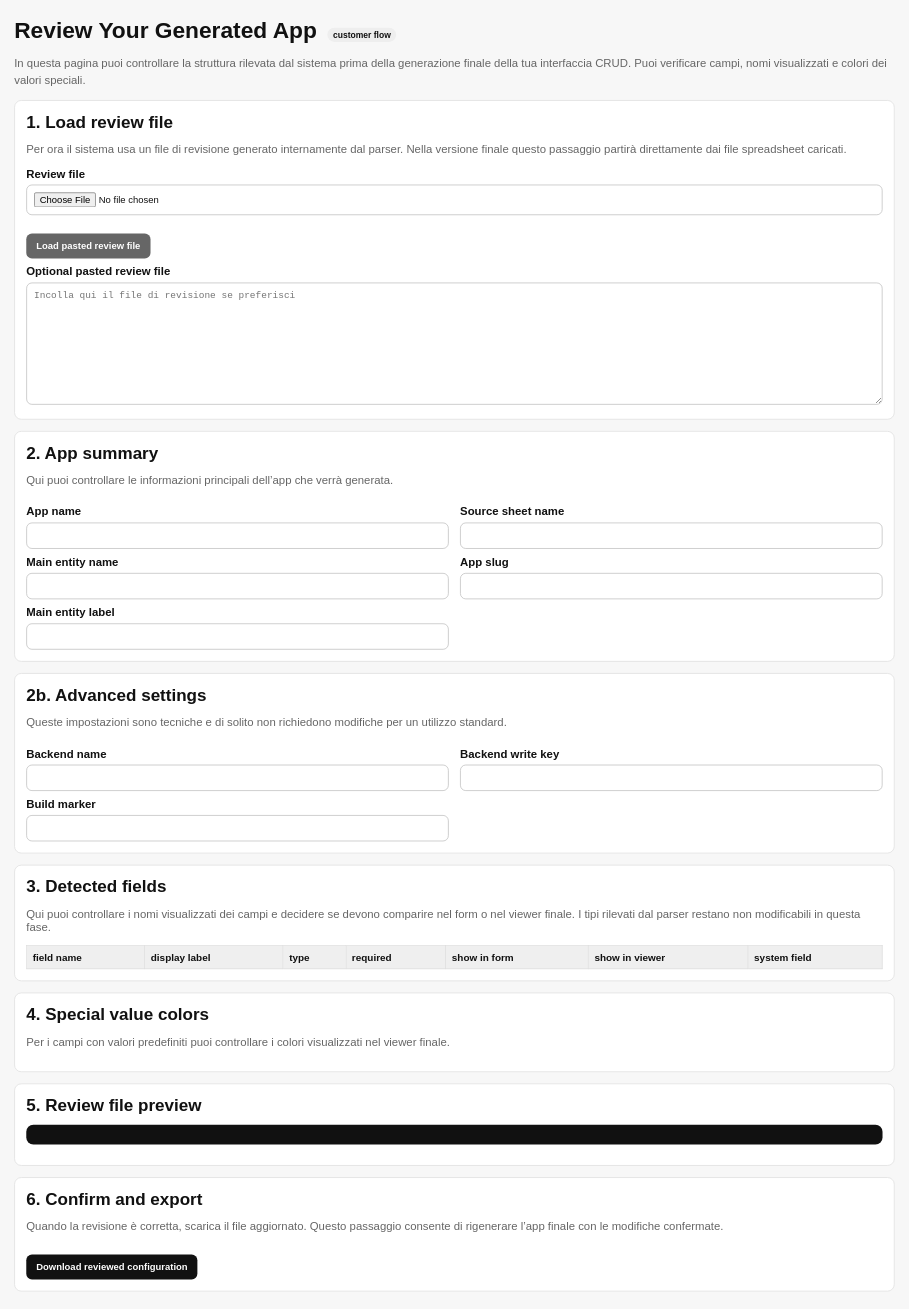
Repository: progettazionemauro/sheets.builder
Page: docs/review.html
An editor plug-in stored every save of this project. The page is shown before and after a run of saves, followed by the edit.
The browser window is 1280 px wide. The pictures show the whole page, at 71% of full size.

Above is the page before, as saved 2026-04-14 23:29:44.

### docs/review.html
<!doctype html>
<html lang="it">
<head>
  <meta charset="utf-8" />
  <meta name="viewport" content="width=device-width, initial-scale=1" />
  <title>Review Generated App</title>
  <style>
    body {
      font-family: Arial, sans-serif;
      max-width: 1240px;
      margin: 24px auto;
      padding: 0 16px;
      background: #f7f7f7;
      color: #111;
    }

    h1, h2, h3 {
      margin-bottom: 8px;
    }

    .muted {
      color: #666;
    }

    .card {
      background: #fff;
      border: 1px solid #ddd;
      border-radius: 10px;
      padding: 16px;
      margin: 16px 0;
    }

    label {
      display: block;
      margin: 10px 0 6px;
      font-weight: bold;
    }

    input, textarea, select {
      width: 100%;
      box-sizing: border-box;
      padding: 10px;
      border: 1px solid #bbb;
      border-radius: 8px;
      background: #fff;
    }

    button {
      margin-top: 14px;
      padding: 10px 14px;
      border: 0;
      border-radius: 8px;
      background: #111;
      color: #fff;
      font-weight: bold;
      cursor: pointer;
    }

    button.secondary {
      background: #666;
    }

    button:disabled {
      opacity: .6;
      cursor: not-allowed;
    }

    .grid {
      display: grid;
      grid-template-columns: 1fr 1fr;
      gap: 16px;
    }

    .actions {
      display: flex;
      gap: 10px;
      flex-wrap: wrap;
      margin-top: 12px;
      align-items: center;
    }

    pre {
      background: #111;
      color: #d8ffd8;
      padding: 14px;
      border-radius: 10px;
      overflow: auto;
      white-space: pre-wrap;
    }

    table {
      width: 100%;
      border-collapse: collapse;
      margin-top: 10px;
      background: #fff;
    }

    th, td {
      border: 1px solid #ddd;
      padding: 8px;
      font-size: 14px;
      text-align: left;
      vertical-align: top;
    }

    th {
      background: #efefef;
    }

    .readonly-cell {
      background: #f3f3f3;
      color: #666;
    }

    .ok {
      color: #0a6;
      font-weight: bold;
    }

    .err {
      color: #b00;
      font-weight: bold;
    }

    .badge {
      display: inline-block;
      padding: 3px 8px;
      border-radius: 999px;
      background: #eee;
      font-size: 12px;
      margin-left: 6px;
    }

    .card h2 {
      margin-top: 0;
    }

    .hero-note {
      line-height: 1.5;
    }
  </style>
</head>
<body>

  <h1>Review Your Generated App <span class="badge">customer flow</span></h1>
    <p class="muted hero-note">
    In questa pagina puoi controllare la struttura rilevata dal sistema prima della generazione finale
    della tua interfaccia CRUD. Puoi verificare campi, nomi visualizzati e colori dei valori speciali.
  </p>

  <div class="card">
    <h2>1. Load review file</h2>
    <p class="muted">
      Per ora il sistema usa un file di revisione generato internamente dal parser.
      Nella versione finale questo passaggio partirà direttamente dai file spreadsheet caricati.
    </p>

    <label for="fileInput">Review file</label>
    <input id="fileInput" type="file" accept=".json,application/json" />

    <div class="actions">
      <button id="loadSampleBtn" type="button" class="secondary">Load pasted review file</button>
      <span id="loadStatus" class="muted"></span>
    </div>

    <label for="rawJsonInput">Optional pasted review file</label>
    <textarea id="rawJsonInput" rows="10" placeholder="Incolla qui il file di revisione se preferisci"></textarea>
  </div>

      <div class="card">
    <h2>2. App summary</h2>
    <p class="muted">
      Qui puoi controllare le informazioni principali dell’app che verrà generata.
    </p>

    <div class="grid">
      <div>
        <label for="projectName">App name</label>
        <input id="projectName" />

        <label for="entityName">Main entity name</label>
        <input id="entityName" />

        <label for="entityLabelLower">Main entity label</label>
        <input id="entityLabelLower" />
      </div>

      <div>
        <label for="sheetName">Source sheet name</label>
        <input id="sheetName" />

        <label for="projectSlug">App slug</label>
        <input id="projectSlug" />
      </div>
    </div>
  </div>

  <div class="card">
    <h2>2b. Advanced settings</h2>
    <p class="muted">
      Queste impostazioni sono tecniche e di solito non richiedono modifiche per un utilizzo standard.
    </p>

    <div class="grid">
      <div>
        <label for="backendName">Backend name</label>
        <input id="backendName" />

        <label for="buildMarker">Build marker</label>
        <input id="buildMarker" />
      </div>

      <div>
        <label for="adminPassword">Backend write key</label>
        <input id="adminPassword" />
      </div>
    </div>
  </div>

  <div class="card">
    <h2>3. Detected fields</h2>
    <p class="muted">
      Qui puoi controllare i nomi visualizzati dei campi e decidere se devono comparire nel form o nel viewer finale.
      I tipi rilevati dal parser restano non modificabili in questa fase.
    </p>

    <table id="fieldsTable">
      <thead>
        <tr>
          <th>field name</th>
          <th>display label</th>
          <th>type</th>
          <th>required</th>
          <th>show in form</th>
          <th>show in viewer</th>
          <th>system field</th>
        </tr>
      </thead>
      <tbody></tbody>
    </table>
  </div>

  <div class="card">
    <h2>4. Special value colors</h2>
    <p class="muted">
      Per i campi con valori predefiniti puoi controllare i colori visualizzati nel viewer finale.
    </p>

    <div id="enumStylesWrap"></div>
  </div>

  <div class="card">
    <h2>5. Review file preview</h2>
    <pre id="stateOut"></pre>
  </div>

    <div class="card">
    <h2>6. Confirm and export</h2>
    <p class="muted">
      Quando la revisione è corretta, scarica il file aggiornato. Questo passaggio consente di rigenerare
      l’app finale con le modifiche confermate.
    </p>

    <div class="actions">
      <button id="downloadBtn" type="button">Download reviewed configuration</button>
      <span id="downloadStatus" class="muted"></span>
    </div>
  </div>

<script>
  let builderState = null;

  function setStatus(id, msg, cls = "muted") {
    const el = document.getElementById(id);
    el.textContent = msg;
    el.className = cls;
  }

  function normalizeBool(value) {
    return value === true;
  }

  function escapeHtml(value) {
    return String(value ?? "")
      .replace(/&/g, "&amp;")
      .replace(/</g, "&lt;")
      .replace(/>/g, "&gt;")
      .replace(/"/g, "&quot;");
  }

  function ensureBuilderStateShape(state) {
    if (!state || typeof state !== "object") {
      throw new Error("Review file non valido: root non oggetto");
    }

    if (!state.project || typeof state.project !== "object") {
      state.project = {};
    }

    if (!Array.isArray(state.fields)) {
      state.fields = [];
    }

    if (!state.constraints || typeof state.constraints !== "object") {
      state.constraints = {};
    }

    if (!state.enums || typeof state.enums !== "object") {
      state.enums = {};
    }

    if (!state.enumStyles || typeof state.enumStyles !== "object") {
      state.enumStyles = {};
    }

    if (!state.lists || typeof state.lists !== "object") {
      state.lists = {};
    }

    if (!state.options || typeof state.options !== "object") {
      state.options = {};
    }

    state.fields = state.fields.map(field => {
      const f = { ...field };
      f.name = String(f.name || "").trim();
      f.label = String(f.label || f.name || "").trim();
      f.type = String(f.type || "string").trim();
      f.required = normalizeBool(f.required);
      f.computed = normalizeBool(f.computed);
      f.visibleInForm = normalizeBool(f.visibleInForm);
      f.visibleInViewer = normalizeBool(f.visibleInViewer);
      f.locked = normalizeBool(f.locked);
      if (!Array.isArray(f.enumValues)) f.enumValues = [];
      return f;
    });

    recomputeListsFromFields(state);
    return state;
  }

  function recomputeListsFromFields(state) {
    const headers = [];
    const requiredOnInsert = [];
    const optionalOnInsert = [];
    const computed = [];
    const visibleInForm = [];
    const visibleInViewer = [];
    const enums = {};
    const enumStyles = state.enumStyles || {};

    for (const field of state.fields) {
      headers.push(field.name);

      if (field.computed) {
        computed.push(field.name);
      } else if (field.required) {
        requiredOnInsert.push(field.name);
      } else {
        optionalOnInsert.push(field.name);
      }

      if (field.visibleInForm) {
        visibleInForm.push(field.name);
      }

      if (field.visibleInViewer) {
        visibleInViewer.push(field.name);
      }

      if (field.type === "enum" && Array.isArray(field.enumValues) && field.enumValues.length) {
        enums[field.name] = field.enumValues.slice();
      }

      if (field.type === "enum") {
        if (!enumStyles[field.name]) {
          enumStyles[field.name] = {};
        }
        field.enumStyles = enumStyles[field.name];
      }
    }

    state.enums = enums;
    state.enumStyles = enumStyles;
    state.lists = {
      headers,
      requiredOnInsert,
      optionalOnInsert,
      computed,
      visibleInForm,
      visibleInViewer
    };
  }

  function renderProject() {
    const p = builderState.project || {};
    document.getElementById("projectName").value = p.projectName || "";
    document.getElementById("projectSlug").value = p.projectSlug || "";
    document.getElementById("backendName").value = p.backendName || "";
    document.getElementById("entityName").value = p.entityName || "";
    document.getElementById("entityLabelLower").value = p.entityLabelLower || "";
    document.getElementById("sheetName").value = p.sheetName || "";
    document.getElementById("buildMarker").value = p.buildMarker || "";
    document.getElementById("adminPassword").value = p.adminPassword || "";
  }

  function renderFieldsTable() {
    const tbody = document.querySelector("#fieldsTable tbody");
    tbody.innerHTML = "";

    builderState.fields.forEach((field, idx) => {
      const tr = document.createElement("tr");

      tr.innerHTML = `
        <td class="readonly-cell">
  <input data-key="name" data-index="${idx}" value="${escapeHtml(field.name)}" readonly />
</td>
        <td>
          <input data-key="label" data-index="${idx}" value="${escapeHtml(field.label || "")}" />
        </td>
        <td class="readonly-cell">
          <input data-key="type" data-index="${idx}" value="${escapeHtml(field.type)}" readonly />
        </td>
        <td>
          <select data-key="required" data-index="${idx}" ${field.computed ? "disabled" : ""}>
            <option value="false" ${field.required ? "" : "selected"}>NO</option>
            <option value="true" ${field.required ? "selected" : ""}>YES</option>
          </select>
        </td>
        <td>
          <select data-key="visibleInForm" data-index="${idx}" ${field.computed ? "disabled" : ""}>
            <option value="false" ${field.visibleInForm ? "" : "selected"}>NO</option>
            <option value="true" ${field.visibleInForm ? "selected" : ""}>YES</option>
          </select>
        </td>
        <td>
          <select data-key="visibleInViewer" data-index="${idx}">
            <option value="false" ${field.visibleInViewer ? "" : "selected"}>NO</option>
            <option value="true" ${field.visibleInViewer ? "selected" : ""}>YES</option>
          </select>
        </td>
        <td class="readonly-cell">${field.locked ? "YES" : "NO"}</td>
      `;

      tbody.appendChild(tr);
    });

    bindFieldEvents();
  }

  function ensureEnumStylesShape() {
    if (!builderState.enumStyles || typeof builderState.enumStyles !== "object") {
      builderState.enumStyles = {};
    }

    builderState.fields.forEach(field => {
      if (field.type !== "enum") return;

      if (!builderState.enumStyles[field.name] || typeof builderState.enumStyles[field.name] !== "object") {
        builderState.enumStyles[field.name] = {};
      }

      (field.enumValues || []).forEach(value => {
        if (!builderState.enumStyles[field.name][value]) {
          builderState.enumStyles[field.name][value] = { bg: "", fg: "" };
        } else {
          const styleObj = builderState.enumStyles[field.name][value];
          builderState.enumStyles[field.name][value] = {
            bg: String(styleObj.bg || ""),
            fg: String(styleObj.fg || "")
          };
        }
      });
    });
  }

  function renderEnumStylesEditor() {
    const wrap = document.getElementById("enumStylesWrap");
    if (!wrap) return;

    wrap.innerHTML = "";
    ensureEnumStylesShape();

    const enumFields = builderState.fields.filter(field => field.type === "enum");

    if (!enumFields.length) {
      wrap.innerHTML = `<div class="muted">Nessun campo con valori speciali rilevato.</div>`;
      return;
    }

    enumFields.forEach(field => {
      const box = document.createElement("div");
      box.className = "card";
      box.style.margin = "12px 0";
      box.style.padding = "12px";

      let html = `<h3 style="margin:0 0 10px;">${escapeHtml(field.label || field.name)} <span class="muted">(${escapeHtml(field.name)})</span></h3>`;
      html += `<table><thead><tr><th>value</th><th>background</th><th>foreground</th><th>preview</th></tr></thead><tbody>`;

      (field.enumValues || []).forEach(value => {
        const styleObj = builderState.enumStyles[field.name][value] || { bg: "", fg: "" };
        const bg = styleObj.bg || "#ffffff";
        const fg = styleObj.fg || "#000000";

        const previewStyle = [
          bg ? `background:${bg}` : "",
          fg ? `color:${fg}` : "",
          "font-weight:700",
          "text-align:center"
        ].filter(Boolean).join("; ");

        html += `
          <tr>
            <td class="readonly-cell">${escapeHtml(value)}</td>

            <td>
              <div style="display:flex; gap:8px; align-items:center;">
                <input
                  data-enum-field="${escapeHtml(field.name)}"
                  data-enum-value="${escapeHtml(value)}"
                  data-enum-prop="bg"
                  data-enum-role="text"
                  value="${escapeHtml(bg)}"
                  placeholder="#ffffff"
                  style="width:140px;"
                />
                <input
                  type="color"
                  data-enum-field="${escapeHtml(field.name)}"
                  data-enum-value="${escapeHtml(value)}"
                  data-enum-prop="bg"
                  data-enum-role="picker"
                  value="${escapeHtml(bg)}"
                  style="width:56px; padding:4px;"
                />
              </div>
            </td>

            <td>
              <div style="display:flex; gap:8px; align-items:center;">
                <input
                  data-enum-field="${escapeHtml(field.name)}"
                  data-enum-value="${escapeHtml(value)}"
                  data-enum-prop="fg"
                  data-enum-role="text"
                  value="${escapeHtml(fg)}"
                  placeholder="#000000"
                  style="width:140px;"
                />
                <input
                  type="color"
                  data-enum-field="${escapeHtml(field.name)}"
                  data-enum-value="${escapeHtml(value)}"
                  data-enum-prop="fg"
                  data-enum-role="picker"
                  value="${escapeHtml(fg)}"
                  style="width:56px; padding:4px;"
                />
              </div>
            </td>

            <td>
              <div style="padding:8px; border-radius:8px; border:1px solid #ddd; ${previewStyle}">
                ${escapeHtml(value)}
              </div>
            </td>
          </tr>
        `;
      });

      html += `</tbody></table>`;
      box.innerHTML = html;
      wrap.appendChild(box);
    });

    bindEnumStyleEvents();
  }

  function renderEnumStyles() {
    renderEnumStylesEditor();
  }

  function bindFieldEvents() {
    document.querySelectorAll("[data-key]").forEach(el => {
      const key = el.dataset.key;
      const idx = Number(el.dataset.index);
      const field = builderState.fields[idx];

      if (key === "type" || key === "name") {
  return;
}

      if (el.tagName === "INPUT") {
        el.addEventListener("input", () => {
          field[key] = el.value;
          recomputeListsFromFields(builderState);
          renderPreviewOnly();
        });
        return;
      }

      if (el.tagName === "SELECT") {
        el.addEventListener("change", () => {
          field[key] = el.value === "true";

          if (key === "required" && field.computed) {
            field.required = false;
          }

          if (key === "visibleInForm" && field.computed) {
            field.visibleInForm = false;
          }

          recomputeListsFromFields(builderState);
          renderPreviewOnly();
        });
      }
    });
  }

  function syncEnumStyleInputs(fieldName, valueName, prop, value) {
    document.querySelectorAll(
      `[data-enum-field="${fieldName}"][data-enum-value="${valueName}"][data-enum-prop="${prop}"]`
    ).forEach(el => {
      if (el.value !== value) {
        el.value = value;
      }
    });
  }

  function bindEnumStyleEvents() {
    document.querySelectorAll("[data-enum-field]").forEach(el => {
      el.addEventListener("input", () => {
        const fieldName = el.dataset.enumField;
        const valueName = el.dataset.enumValue;
        const prop = el.dataset.enumProp;
        const role = el.dataset.enumRole;

        if (!builderState.enumStyles[fieldName]) {
          builderState.enumStyles[fieldName] = {};
        }

        if (!builderState.enumStyles[fieldName][valueName]) {
          builderState.enumStyles[fieldName][valueName] = { bg: "", fg: "" };
        }

        let val = el.value.trim();

        if (role === "picker") {
          val = val.toLowerCase();
        }

        builderState.enumStyles[fieldName][valueName][prop] = val;

        syncEnumStyleInputs(fieldName, valueName, prop, val);
        renderPreviewOnly();
        renderEnumStylesEditor();
      });
    });
  }

  function bindProjectEvents() {
    const mapping = [
      "projectName",
      "projectSlug",
      "backendName",
      "entityName",
      "entityLabelLower",
      "sheetName",
      "buildMarker",
      "adminPassword"
    ];

    mapping.forEach(key => {
      const el = document.getElementById(key);
      el.addEventListener("input", () => {
        if (!builderState) return;
        builderState.project[key] = el.value;
        renderPreviewOnly();
      });
    });
  }

  function renderPreviewOnly() {
    document.getElementById("stateOut").textContent =
      JSON.stringify(builderState, null, 2);
  }

  function renderAll() {
    renderProject();
    renderFieldsTable();
    renderEnumStyles();
    renderPreviewOnly();
  }

  async function loadFromFile(file) {
    const text = await file.text();
    const parsed = JSON.parse(text);
    builderState = ensureBuilderStateShape(parsed);
    renderAll();
    setStatus("loadStatus", "Configuration loaded successfully", "ok");
  }

  document.getElementById("fileInput").addEventListener("change", async (e) => {
    const file = e.target.files && e.target.files[0];
    if (!file) return;

    try {
      await loadFromFile(file);
    } catch (err) {
      setStatus("loadStatus", "Errore: " + err.message, "err");
      console.error(err);
    }
  });

  document.getElementById("loadSampleBtn").addEventListener("click", () => {
    try {
      const raw = document.getElementById("rawJsonInput").value.trim();
      if (!raw) throw new Error("Area review file vuota");

      const parsed = JSON.parse(raw);
      builderState = ensureBuilderStateShape(parsed);
      renderAll();
      setStatus("loadStatus", "Configuration loaded from pasted content", "ok");
    } catch (err) {
      setStatus("loadStatus", "Errore: " + err.message, "err");
      console.error(err);
    }
  });

  document.getElementById("downloadBtn").addEventListener("click", () => {
    try {
      if (!builderState) throw new Error("Nessun review file caricato");

      const blob = new Blob(
        [JSON.stringify(builderState, null, 2)],
        { type: "application/json" }
      );

      const a = document.createElement("a");
      a.href = URL.createObjectURL(blob);
      a.download = "reviewed_configuration.json";
      document.body.appendChild(a);
      a.click();
      document.body.removeChild(a);
      URL.revokeObjectURL(a.href);

    setStatus("downloadStatus", "Reviewed configuration generated successfully", "ok");
    } catch (err) {
      setStatus("downloadStatus", "Errore: " + err.message, "err");
      console.error(err);
    }
  });

  bindProjectEvents();
</script>

</body>
</html>

After the next 2 saves:
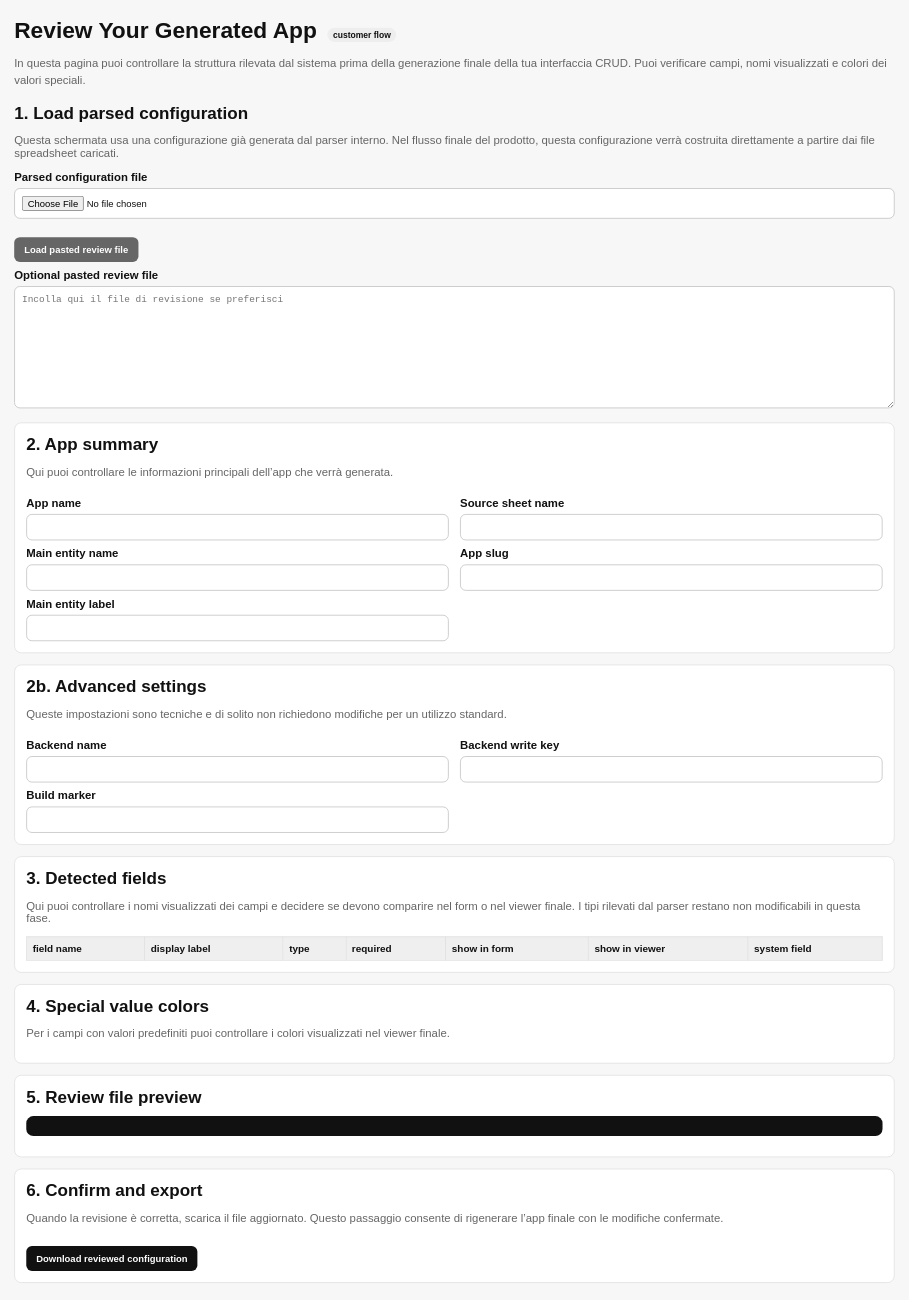
The 2 saves are shown as one change because they came seconds apart.
The last was saved 2 min 49 s later.
--- a/docs/review.html
+++ b/docs/review.html
@@ -148,14 +148,13 @@
     della tua interfaccia CRUD. Puoi verificare campi, nomi visualizzati e colori dei valori speciali.
   </p>
 
-  <div class="card">
-    <h2>1. Load review file</h2>
-    <p class="muted">
-      Per ora il sistema usa un file di revisione generato internamente dal parser.
-      Nella versione finale questo passaggio partirà direttamente dai file spreadsheet caricati.
-    </p>
-
-    <label for="fileInput">Review file</label>
+  <h2>1. Load parsed configuration</h2>
+<p class="muted">
+  Questa schermata usa una configurazione già generata dal parser interno.
+  Nel flusso finale del prodotto, questa configurazione verrà costruita direttamente a partire dai file spreadsheet caricati.
+</p>
+
+<label for="fileInput">Parsed configuration file</label>
     <input id="fileInput" type="file" accept=".json,application/json" />
 
     <div class="actions">
